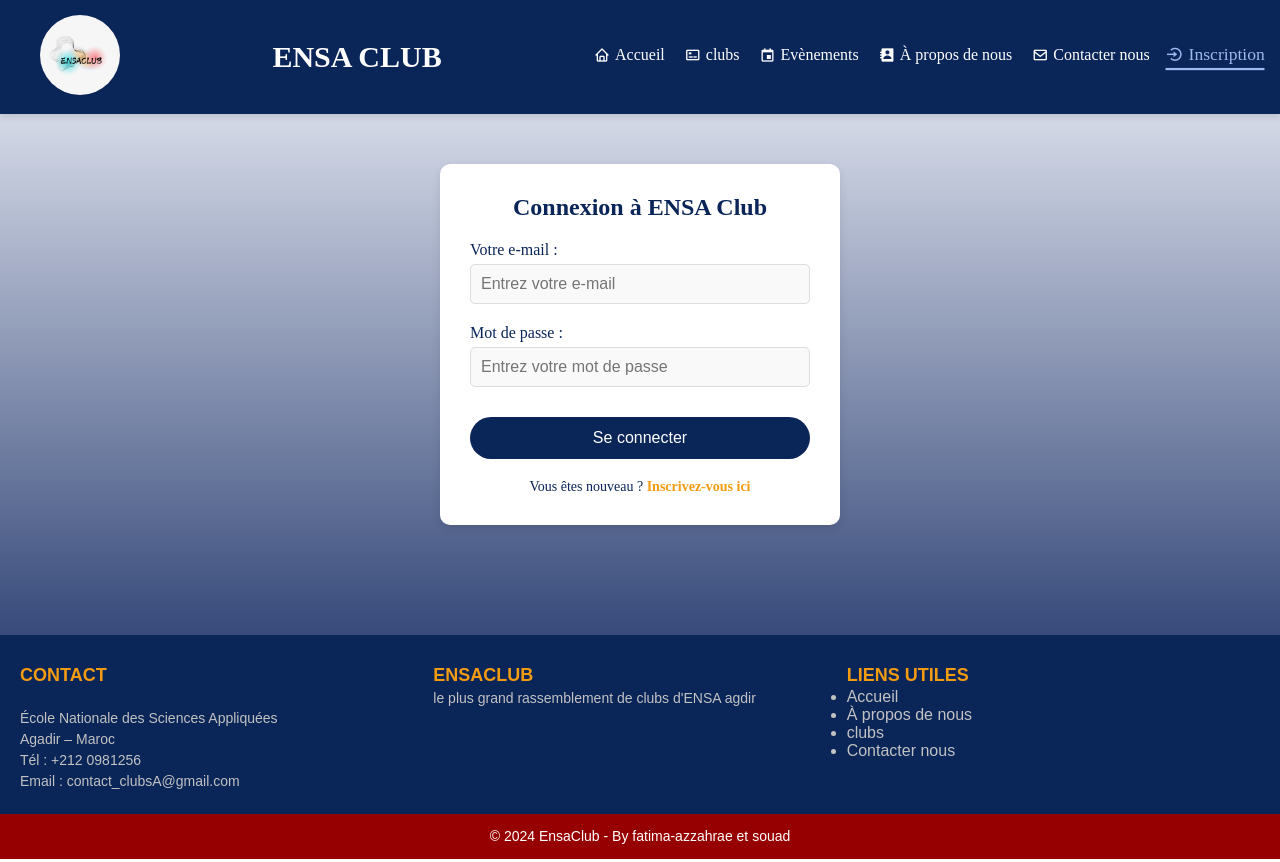
Repository: fati-smart/ENSAclub
Page: login.html
The author's editor kept a copy of each file at every save. The page is drawn from the files as they stood at one save, then again after the next save.
The browser window is 1280 px wide. The pictures show the whole page.

Above is the page before, as saved 2024-12-02 17:38:53.

After the next save:
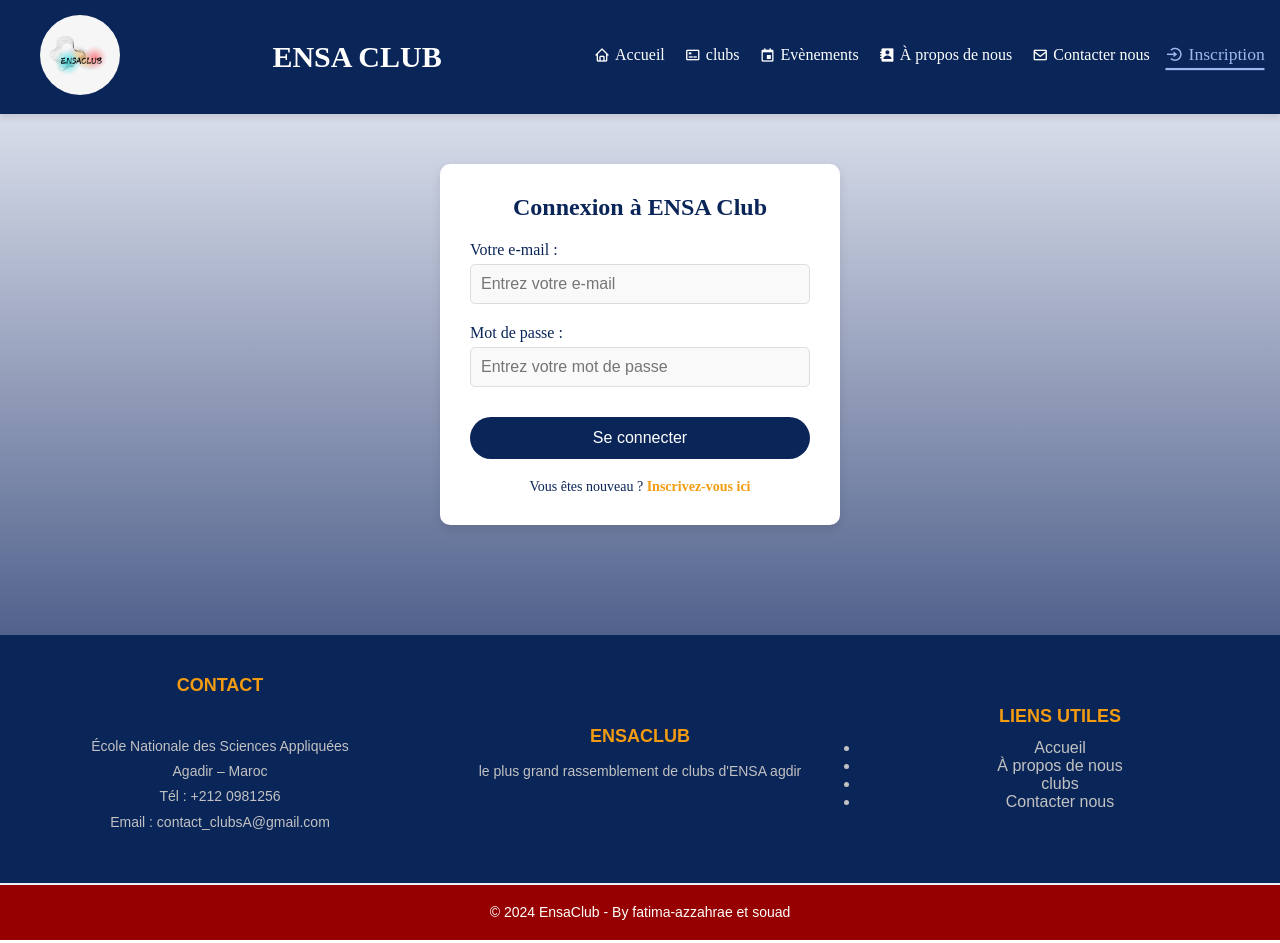
Saved 25 s later.
--- a/style.css
+++ b/style.css
@@ -670,60 +670,70 @@ i.bx.bx-chevrons-left:hover {
   }
 
 /********************************************FOOTER*************************************************/
-.footer{
-    height: 180px;
-    background-color: #0A2558;
-    margin-top: 60px;
-    color: #ecf0f1;
-    padding: 10px 0;
-    font-family: Arial, sans-serif;
-    text-align: center;
+.footer {
+  background-color: #0A2558;
+  margin-top: 60px;
+  color: #ecf0f1;
+  font-family: Arial, sans-serif;
+  text-align: center;
+  padding: 0; /* Supprime les espaces autour */
 }
 
 .footer-container {
-    display: flex;
-    justify-content: space-around;
-    align-items: flex-start;
-    flex-wrap: wrap;
-    padding: 20px;
-}
-
-.footer-content, .footer-section-info {
-    flex: 1;
-    min-width: 300px;
-    text-align: left;
-    color: #c2c2c2;
+  display: flex;
+  justify-content: space-around;
+  align-items: center; /* Centre verticalement les contenus */
+  flex-wrap: wrap;
+  padding: 40px 20px; /* Augmente l'espacement interne */
+  gap: 20px; /* Ajoute de l'espace entre les sections */
+}
+
+.footer-content,
+.footer-section-info,
+.footer-links {
+  flex: 1; /* S'adapte à l'espace disponible */
+  min-width: 300px;
+  text-align: center; /* Centre horizontalement le texte */
+  color: #c2c2c2;
 }
 
 .footer h3 {
-    font-size: 18px;
-    font-weight: bold;
-    text-transform: uppercase;
-    margin-bottom: 2px;
-    color: #f39c12;
+  font-size: 18px;
+  font-weight: bold;
+  text-transform: uppercase;
+  margin-bottom: 12px; /* Augmente l'espace sous le titre */
+  color: #f39c12;
 }
 
 .footer p {
-    font-size: 14px;
-    line-height: 1.5;
-    margin: 2px 0;
+  font-size: 14px;
+  line-height: 1.8; /* Augmente l'espacement entre les lignes */
+  margin: 8px 0;
 }
 
 .footer a {
-    color: #c2c2c2;
-    text-decoration: none;
+  color: #c2c2c2;
+  text-decoration: none;
 }
 
 .footer a:hover {
-    text-decoration: underline;
+  text-decoration: underline;
 }
 
 .footer-bottom {
-    background-color: #960000;
-    color: white;
-    padding: 10px;
-    font-size: 12px;
-}
+  background-color: #960000;
+  color: white;
+  padding: 15px; /* Augmente l'espacement interne du footer-bottom */
+  font-size: 12px;
+  border-top: 2px solid #ecf0f1; /* Ligne séparatrice */
+  margin-top: 0; /* Supprime les marges entre le container et le footer-bottom */
+}
+
+.footer-bottom p {
+  margin: 0; /* Supprime les marges supplémentaires */
+  text-align: center;
+}
+
 
 /*****************************************CONTACT***************************************************/
 .contact {
